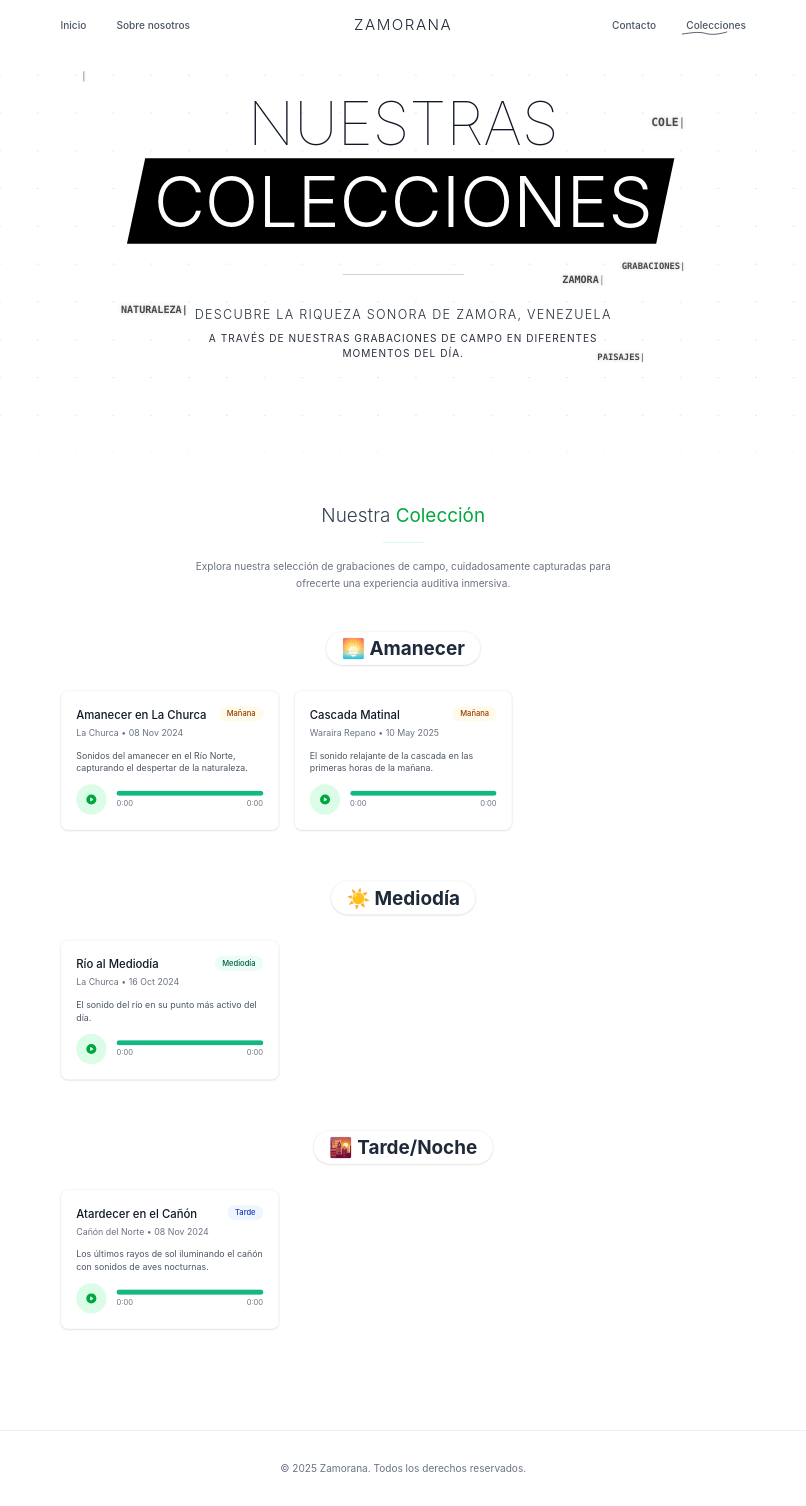
Repository: Alxre98/Zamorana
Page: /colecciones
The author's editor kept a copy of each file at every save. The page is drawn from the files as they stood at one save, then again after the next save.
The browser window is 1280 px wide. The pictures show the whole page, at 63% of full size.
The project was rebuilt for these pictures with package versions that can differ from the ones it lists, and the page was loaded fresh each time. The framework's server and built-in components were replaced by stand-ins that run in the browser. Also part of the build but not shown: next.config.ts.

Above is the page before, as saved 2025-06-22 17:49:24.

### src/app/layout.tsx
import type { Metadata } from "next";
import { Geist, Geist_Mono } from "next/font/google";
import "./globals.css";
import { DefaultTemplate } from "@/components/templates/DefaultTemplate";

const geistSans = Geist({
  variable: "--font-geist-sans",
  subsets: ["latin"],
});

const geistMono = Geist_Mono({
  variable: "--font-geist-mono",
  subsets: ["latin"],
});

export const metadata: Metadata = {
  title: "Zamorana - Sonidos de la Naturaleza",
  description: "Explora y descubre los sonidos más relajantes de la naturaleza",
  icons: {
    icon: "/zamorana-logo.png",
    shortcut: "/zamorana-logo.png",
    apple: "/zamorana-logo.png",
  },
  openGraph: {
    title: "Zamorana - Sonidos de la Naturaleza",
    description:
      "Explora y descubre los sonidos más relajantes de la naturaleza",
    type: "website",
    locale: "es_ES",
    url: "https://zamorana.vercel.app",
    siteName: "Zamorana",
  },
};

export default function RootLayout({
  children,
}: Readonly<{
  children: React.ReactNode;
}>) {
  return (
    <html lang="es">
      <body
        className={`${geistSans.variable} ${geistMono.variable} antialiased`}
      >
        <DefaultTemplate>{children}</DefaultTemplate>
      </body>
    </html>
  );
}

### src/app/colecciones/page.tsx
import { getFormattedDate } from "@/lib/utils";
import AudioPlayer from "@/components/AudioPlayer";
import { DigitalText } from "@/components/atoms/DigitalText";

// Tipos para los audios
interface AudioFile {
  id: string;
  title: string;
  description: string;
  timeOfDay: "Mañana" | "Mediodía" | "Tarde";
  location: string;
  date: string;
  path: string;
}

// La función getFormattedDate está importada desde @/lib/utils

// Datos de ejemplo para los audios (ajusta según tus necesidades)
const audioFiles: AudioFile[] = [
  // Mañana
  {
    id: "m1",
    title: "Amanecer en La Churca",
    description:
      "Sonidos del amanecer en el Río Norte, capturando el despertar de la naturaleza.",
    timeOfDay: "Mañana",
    location: "La Churca",
    date: getFormattedDate("08_11_2024"),
    path: "/audios/LaChurca_RíoPacairigua_CuencaAlta_TomaV1_130924_111342_Mañana/audio.mp3",
  },
  {
    id: "m2",
    title: "Cascada Matinal",
    description:
      "El sonido relajante de la cascada en las primeras horas de la mañana.",
    timeOfDay: "Mañana",
    location: "Waraira Repano",
    date: getFormattedDate("10_05_2025"),
    path: "/audios/WarairaRepano_RuinasHaciendaElNorte_TomaV1_100525_114409_Mañana/audio.mp3",
  },
  // Agrega más audios de mañana...

  // Mediodía
  {
    id: "md1",
    title: "Río al Mediodía",
    description: "El sonido del río en su punto más activo del día.",
    timeOfDay: "Mediodía",
    location: "La Churca",
    date: getFormattedDate("16_10_2024"),
    path: "/audios/LaChurca_RíoPacairigua_CuencaAlta_TomaV2_161024_123910_Mediodía/audio.mp3",
  },
  // Agrega más audios de mediodía...

  // Tarde
  {
    id: "t1",
    title: "Atardecer en el Cañón",
    description:
      "Los últimos rayos de sol iluminando el cañón con sonidos de aves nocturnas.",
    timeOfDay: "Tarde",
    location: "Cañón del Norte",
    date: getFormattedDate("08_11_2024"),
    path: "/audios/LaChurca_CañónDelNorte_RíoNorte_CuencaBaja_TomaV1_081124_125938_Tarde/audio.mp3",
  },
  // Agrega más audios de tarde...
];

// Agrupar audios por franja horaria
const audioByTimeOfDay = audioFiles.reduce((acc, audio) => {
  if (!acc[audio.timeOfDay]) {
    acc[audio.timeOfDay] = [];
  }
  acc[audio.timeOfDay].push(audio);
  return acc;
}, {} as Record<string, AudioFile[]>);

export default function ColeccionesPage() {
  return (
    <div className="bg-white">
      {/* Hero Section */}
      <section className="relative min-h-screen w-full overflow-hidden bg-white font-['Inter']">
        {/* Fondo con rayas diagonales */}
        <div className="absolute inset-0 overflow-hidden">
          <div className="absolute inset-0 bg-[length:60px_60px] bg-[linear-gradient(45deg,#000_2px,transparent_2px),linear-gradient(-45deg,#000_2px,transparent_2px)] opacity-10"></div>
        </div>

        {/* Contenido principal */}
        <div className="relative h-screen w-full flex items-center justify-center">
          {/* Contenedor del texto principal */}
          <div className="relative z-10 text-center px-4 w-full max-w-4xl mx-auto">
            <h1 className="font-thin tracking-tight uppercase">
              <span className="block text-5xl md:text-7xl lg:text-8xl mb-2 text-gray-900">
                Nuestras
              </span>
              <span className="relative inline-block px-6 py-3">
                <span className="relative z-10 text-6xl md:text-8xl lg:text-[7rem] font-light text-white">
                  COLECCIONES
                </span>
                <span className="absolute inset-0 w-full h-full bg-black transform -skew-x-12 -translate-x-1"></span>
              </span>
            </h1>

            {/* Línea decorativa */}
            <div className="w-48 h-px bg-black/30 mx-auto my-12"></div>

            {/* Subtítulo */}
            <p className="text-lg md:text-xl max-w-2xl mx-auto font-light tracking-widest leading-relaxed text-gray-900/90 uppercase">
              Descubre la riqueza sonora de Zamora, Venezuela
              <span className="block mt-2 text-sm md:text-base tracking-widest font-normal">
                a través de nuestras grabaciones de campo en diferentes momentos
                del día.
              </span>
            </p>
          </div>

          {/* Textos digitales flotantes con animaciones */}
          <DigitalText
            text="SONIDOS"
            position={{ top: "15%", left: "10%" }}
            delay={1000}
            size="base"
            className="font-mono font-bold opacity-80 text-gray-900"
          />
          <DigitalText
            text="COLECCIONES"
            position={{ top: "25%", right: "15%" }}
            delay={1500}
            size="lg"
            className="font-mono font-bold text-gray-900"
          />
          <DigitalText
            text="NATURALEZA"
            position={{ bottom: "30%", left: "15%" }}
            delay={2000}
            size="base"
            className="font-mono font-bold opacity-80 text-gray-900"
          />
          <DigitalText
            text="GRABACIONES"
            position={{ bottom: "40%", right: "15%" }}
            delay={2500}
            size="sm"
            className="font-mono font-bold text-gray-900"
          />
          <DigitalText
            text="ZAMORA"
            position={{ top: "60%", right: "25%" }}
            delay={3000}
            size="base"
            className="font-mono font-bold opacity-80 text-gray-900"
          />
          <DigitalText
            text="PAISAJES"
            position={{ bottom: "20%", right: "20%" }}
            delay={3500}
            size="sm"
            className="font-mono font-bold text-gray-900"
          />
        </div>
      </section>

      {/* Contenido de Colecciones */}
      <div className="max-w-6xl mx-auto px-4 sm:px-6 lg:px-8 py-16 md:py-20">
        <div className="text-center mb-16">
          <h2 className="text-2xl md:text-3xl font-light text-gray-700 mb-4">
            Nuestra{" "}
            <span className="text-green-600 font-normal">Colección</span>
          </h2>
          <div className="w-16 h-0.5 bg-green-100 mx-auto my-6"></div>
          <p className="text-gray-500 max-w-2xl mx-auto text-base leading-relaxed">
            Explora nuestra selección de grabaciones de campo, cuidadosamente
            capturadas para ofrecerte una experiencia auditiva inmersiva.
          </p>
        </div>

        {Object.entries(audioByTimeOfDay).map(([timeOfDay, audios]) => (
          <section key={timeOfDay} className="mb-20">
            <div className="mb-10 text-center">
              <h2 className="text-2xl md:text-3xl font-bold text-gray-800 inline-flex items-center justify-center px-6 py-2 rounded-full bg-white shadow-sm border border-gray-100">
                {timeOfDay === "Mañana"
                  ? "🌅 Amanecer"
                  : timeOfDay === "Mediodía"
                  ? "☀️ Mediodía"
                  : "🌇 Tarde/Noche"}
              </h2>
            </div>

            <div className="grid grid-cols-1 md:grid-cols-2 xl:grid-cols-3 gap-6">
              {audios.map((audio) => (
                <div key={audio.id} className="h-full">
                  <AudioPlayer
                    src={audio.path}
                    title={audio.title}
                    description={audio.description}
                    timeOfDay={
                      audio.timeOfDay as "Mañana" | "Mediodía" | "Tarde"
                    }
                    location={audio.location}
                    date={audio.date}
                  />
                </div>
              ))}

              {/* Añadir tarjetas vacías si es necesario para completar la última fila */}
              {audios.length % 3 === 2 && (
                <div className="hidden xl:block"></div>
              )}
              {audios.length % 3 === 1 && (
                <>
                  <div className="hidden xl:block"></div>
                  <div className="hidden xl:block"></div>
                </>
              )}
            </div>
          </section>
        ))}
      </div>
    </div>
  );
}

### src/components/templates/DefaultTemplate/index.tsx
"use client";

import React, { ReactNode } from "react";
import { Header } from "../../organisms/Header";

interface DefaultTemplateProps {
  children: ReactNode;
  title?: string;
  description?: string;
}

export const DefaultTemplate: React.FC<DefaultTemplateProps> = ({
  children,
  title = "Zamorana - Sonidos de la Naturaleza",
  description = "Explora y descubre los sonidos más relajantes de la naturaleza",
}) => {
  // Usar title y description para el SEO (puedes implementar esto más adelante)
  React.useEffect(() => {
    document.title = title;
    const metaDescription = document.querySelector('meta[name="description"]');
    if (metaDescription) {
      metaDescription.setAttribute("content", description);
    }
  }, [title, description]);
  return (
    <div className="min-h-screen flex flex-col">
      <head>
        <title>{title}</title>
        <meta name="description" content={description} />
      </head>
      <Header />

      <main className="flex-grow">{children}</main>

      <footer className="bg-white border-t border-gray-200">
        <div className="max-w-7xl mx-auto py-12 px-4 overflow-hidden sm:px-6 lg:px-8">
          <p className="text-center text-base text-gray-500">
            &copy; {new Date().getFullYear()} Zamorana. Todos los derechos
            reservados.
          </p>
        </div>
      </footer>
    </div>
  );
};

### src/lib/utils.ts
/**
 * Formatea una fecha en formato "DD_MM_YYYY" a "DD MMM YYYY"
 * @param dateStr - Fecha en formato "DD_MM_YYYY"
 * @returns Fecha formateada como "DD MMM YYYY"
 */
export const getFormattedDate = (dateStr: string): string => {
  const months = [
    "Ene",
    "Feb",
    "Mar",
    "Abr",
    "May",
    "Jun",
    "Jul",
    "Ago",
    "Sep",
    "Oct",
    "Nov",
    "Dic",
  ];

  try {
    const [day, month, year] = dateStr.split("_");
    return `${day} ${months[parseInt(month) - 1]} ${year}`;
  } catch (error) {
    console.error("Error al formatear la fecha:", error);
    return dateStr; // Devuelve el string original si hay un error
  }
};

/**
 * Utilidad para formatear duraciones en segundos a formato MM:SS
 * @param seconds - Duración en segundos
 * @returns String formateado como MM:SS
 */
export const formatDuration = (seconds: number): string => {
  const minutes = Math.floor(seconds / 60);
  const remainingSeconds = Math.floor(seconds % 60);
  return `${minutes}:${remainingSeconds.toString().padStart(2, '0')}`;
};

### src/components/atoms/DigitalText/index.tsx
"use client";

import { useEffect, useState } from "react";
import styles from "./DigitalText.module.css";

interface DigitalTextProps {
  text: string;
  position: { top?: string; right?: string; bottom?: string; left?: string };
  delay?: number;
  duration?: number;
  size?: "xs" | "sm" | "base" | "lg";
  className?: string;
}

export const DigitalText: React.FC<DigitalTextProps> = ({
  text,
  position,
  delay = 0,
  duration = 3000,
  size = "xs",
  className = "",
}) => {
  const [visible, setVisible] = useState(false);
  const [currentText, setCurrentText] = useState("");
  const [currentIndex, setCurrentIndex] = useState(0);
  const [isDeleting, setIsDeleting] = useState(false);

  useEffect(() => {
    const typeSpeed = 100; // Velocidad de escritura (ms)
    const deleteSpeed = 50; // Velocidad de borrado (ms)
    const pauseBeforeDelete = duration; // Usa la prop duration para la pausa antes de borrar
    const pauseBetweenCycles = 3000; // Pausa entre ciclos (ms)

    let timeout: NodeJS.Timeout;

    if (!visible) {
      // Espera inicial basada en el delay
      timeout = setTimeout(() => setVisible(true), delay);
    } else if (isDeleting) {
      // Efecto de borrado
      if (currentIndex > 0) {
        timeout = setTimeout(() => {
          setCurrentText(text.substring(0, currentIndex - 1));
          setCurrentIndex(currentIndex - 1);
        }, deleteSpeed);
      } else {
        // Terminó de borrar, espera y comienza de nuevo
        timeout = setTimeout(() => {
          setIsDeleting(false);
          setCurrentIndex(0);
          setCurrentText("");
        }, pauseBetweenCycles);
      }
    } else {
      // Efecto de escritura
      if (currentIndex < text.length) {
        timeout = setTimeout(() => {
          setCurrentText(text.substring(0, currentIndex + 1));
          setCurrentIndex(currentIndex + 1);
        }, typeSpeed);
      } else {
        // Terminó de escribir, espera y comienza a borrar
        timeout = setTimeout(() => {
          setIsDeleting(true);
        }, pauseBeforeDelete);
      }
    }

    return () => clearTimeout(timeout);
  }, [currentIndex, delay, isDeleting, text, visible, duration]);

  if (!visible) return null;

  const sizeClassMap = {
    xs: styles.textXs,
    sm: styles.textSm,
    base: styles.textBase,
    lg: styles.textLg,
  };

  return (
    <div
      className={`${styles.digitalText} ${sizeClassMap[size]} ${className}`}
      style={{
        ...position,
        opacity: visible ? 1 : 0,
      }}
    >
      {currentText}
      <span className="animate-pulse">|</span>
    </div>
  );
};

### src/components/AudioPlayer.module.css
.progressBar {
  height: 100%;
  background-color: #10b981; /* green-500 */
  border-radius: 9999px;
  transition: all 0.3s ease-out;
}

### src/components/atoms/DigitalText/DigitalText.module.css
.digitalText {
  position: absolute;
  font-family: ui-monospace, SFMono-Regular, Menlo, Monaco, Consolas,
    "Liberation Mono", "Courier New", monospace;
  color: rgba(0, 0, 0, 0.7);
  text-shadow: 0 0 8px rgba(0, 0, 0, 0.2);
  white-space: nowrap;
  transition: opacity 1000ms;
}

/* Size classes */
.textXs {
  font-size: 0.75rem; /* 12px */
  line-height: 1rem; /* 16px */
}

.textSm {
  font-size: 0.875rem; /* 14px */
  line-height: 1.25rem; /* 20px */
}

.textBase {
  font-size: 1rem; /* 16px */
  line-height: 1.5rem; /* 24px */
}

.textLg {
  font-size: 1.125rem; /* 18px */
  line-height: 1.75rem; /* 28px */
}

### src/components/atoms/Icon/index.tsx
import React from "react";

type IconName =
  | "home"
  | "play"
  | "pause"
  | "volume"
  | "Play"
  | "Pause"
  | "Clock"
  | "MusicNote"
  | "Key"
  | "Heart"
  | "Download"
  | "DotsHorizontal"
  | "Menu"
  | "Close"
  | "ChevronDown"
  | "ChevronUp"
  | "User"
  | "Search"
  | "DotsVertical";

export interface IconProps extends Omit<React.SVGProps<SVGSVGElement>, "name"> {
  name: IconName;
  size?: number;
}

const Icon: React.FC<IconProps> = ({
  name,
  size = 24,
  className = "",
  ...props
}) => {
  // Map of icon names to their respective SVG paths
  const iconMap: Record<string, React.ReactNode> = {
    // Navigation
    home: <path d="M12 2L1 12h3v9h6v-6h4v6h6v-9h3L12 2z" />,

    // Playback
    play: <path d="M8 5v14l11-7z" />,
    pause: <path d="M6 19h4V5H6v14zm8-14v14h4V5h-4z" />,
    volume: (
      <path d="M3 9v6h4l5 5V4L7 9H3zm13.5 3c0-1.77-1.02-3.29-2.5-4.03v8.05c1.48-.73 2.5-2.25 2.5-4.02zM14 3.23v2.06c2.89.86 5 3.54 5 6.71s-2.11 5.85-5 6.71v2.06c4.01-.91 7-4.49 7-8.77s-2.99-7.86-7-8.77z" />
    ),

    // Audio controls
    Play: <path d="M8 5v14l11-7z" />,
    Pause: <path d="M6 19h4V5H6v14zm8-14v14h4V5h-4z" />,

    // UI Elements
    DotsVertical: (
      <path d="M12 8c1.1 0 2-.9 2-2s-.9-2-2-2-2 .9-2 2 .9 2 2 2zm0 2c-1.1 0-2 .9-2 2s.9 2 2 2 2-.9 2-2-.9-2-2-2zm0 6c-1.1 0-2 .9-2 2s.9 2 2 2 2-.9 2-2-.9-2-2-2z" />
    ),

    // Audio info
    Clock: (
      <path d="M11.99 2C6.47 2 2 6.48 2 12s4.47 10 9.99 10C17.52 22 22 17.52 22 12S17.52 2 11.99 2zM12 20c-4.42 0-8-3.58-8-8s3.58-8 8-8 8 3.58 8 8-3.58 8-8 8zm.5-13H11v6l5.25 3.15.75-1.23-4.5-2.67z" />
    ),
    MusicNote: (
      <path d="M12 3v10.55c-.59-.34-1.27-.55-2-.55-2.21 0-4 1.79-4 4s1.79 4 4 4 4-1.79 4-4V7h4V3h-6z" />
    ),
    Key: (
      <path d="M21 10h-8.35C11.83 7.67 9.61 6 7 6c-3.31 0-6 2.69-6 6s2.69 6 6 6c2.61 0 4.83-1.67 5.65-4H13l2 2 2-2 2 2 4-4.99L21 10zM7 15c-1.65 0-3-1.35-3-3s1.35-3 3-3 3 1.35 3 3-1.35 3-3 3z" />
    ),

    // Actions
    Heart: (
      <path d="M12 21.35l-1.45-1.32C5.4 15.36 2 12.28 2 8.5 2 5.42 4.42 3 7.5 3c1.74 0 3.41.81 4.5 2.09C13.09 3.81 14.76 3 16.5 3 19.58 3 22 5.42 22 8.5c0 3.78-3.4 6.86-8.55 11.54L12 21.35z" />
    ),
    Download: <path d="M19 9h-4V3H9v6H5l7 7 7-7zM5 18v2h14v-2H5z" />,
    DotsHorizontal: (
      <path d="M6 10c-1.1 0-2 .9-2 2s.9 2 2 2 2-.9 2-2-.9-2-2-2zm12 0c-1.1 0-2 .9-2 2s.9 2 2 2 2-.9 2-2-.9-2-2-2zm-6 0c-1.1 0-2 .9-2 2s.9 2 2 2 2-.9 2-2-.9-2-2-2z" />
    ),

    // UI
    Menu: <path d="M3 18h18v-2H3v2zm0-5h18v-2H3v2zm0-7v2h18V6H3z" />,
    Close: (
      <path d="M19 6.41L17.59 5 12 10.59 6.41 5 5 6.41 10.59 12 5 17.59 6.41 19 12 13.41 17.59 19 19 17.59 13.41 12 19 6.41z" />
    ),
    ChevronDown: (
      <path d="M7.41 8.59L12 13.17l4.59-4.58L18 10l-6 6-6-6 1.41-1.41z" />
    ),
    ChevronUp: (
      <path d="M7.41 15.41L12 10.83l4.59 4.58L18 14l-6-6-6 6 1.41 1.41z" />
    ),

    // Social
    User: (
      <path d="M12 12c2.21 0 4-1.79 4-4s-1.79-4-4-4-4 1.79-4 4 1.79 4 4 4zm0 2c-2.67 0-8 1.34-8 4v2h16v-2c0-2.66-5.33-4-8-4z" />
    ),
    Search: (
      <path d="M15.5 14h-.79l-.28-.27C15.41 12.59 16 11.11 16 9.5 16 5.91 13.09 3 9.5 3S3 5.91 3 9.5 5.91 16 9.5 16c1.61 0 3.09-.59 4.23-1.57l.27.28v.79l5 4.99L20.49 19l-4.99-5zm-6 0C7.01 14 5 11.99 5 9.5S7.01 5 9.5 5 14 7.01 14 9.5 11.99 14 9.5 14z" />
    ),
  };

  // Get the icon path from the map or use a default icon
  const iconPath = iconMap[name] || iconMap.home;

  return (
    <svg
      width={size}
      height={size}
      viewBox="0 0 24 24"
      fill="currentColor"
      className={`inline-block ${className}`}
      {...props}
    >
      {iconPath}
    </svg>
  );
};

export default Icon;

Loaded but not shown: src/components/organisms/Header/index.tsx (217 lines, source omitted); src/components/AudioPlayer.tsx (173 lines, source omitted); src/app/globals.css (201 lines, source omitted)

After the next save:
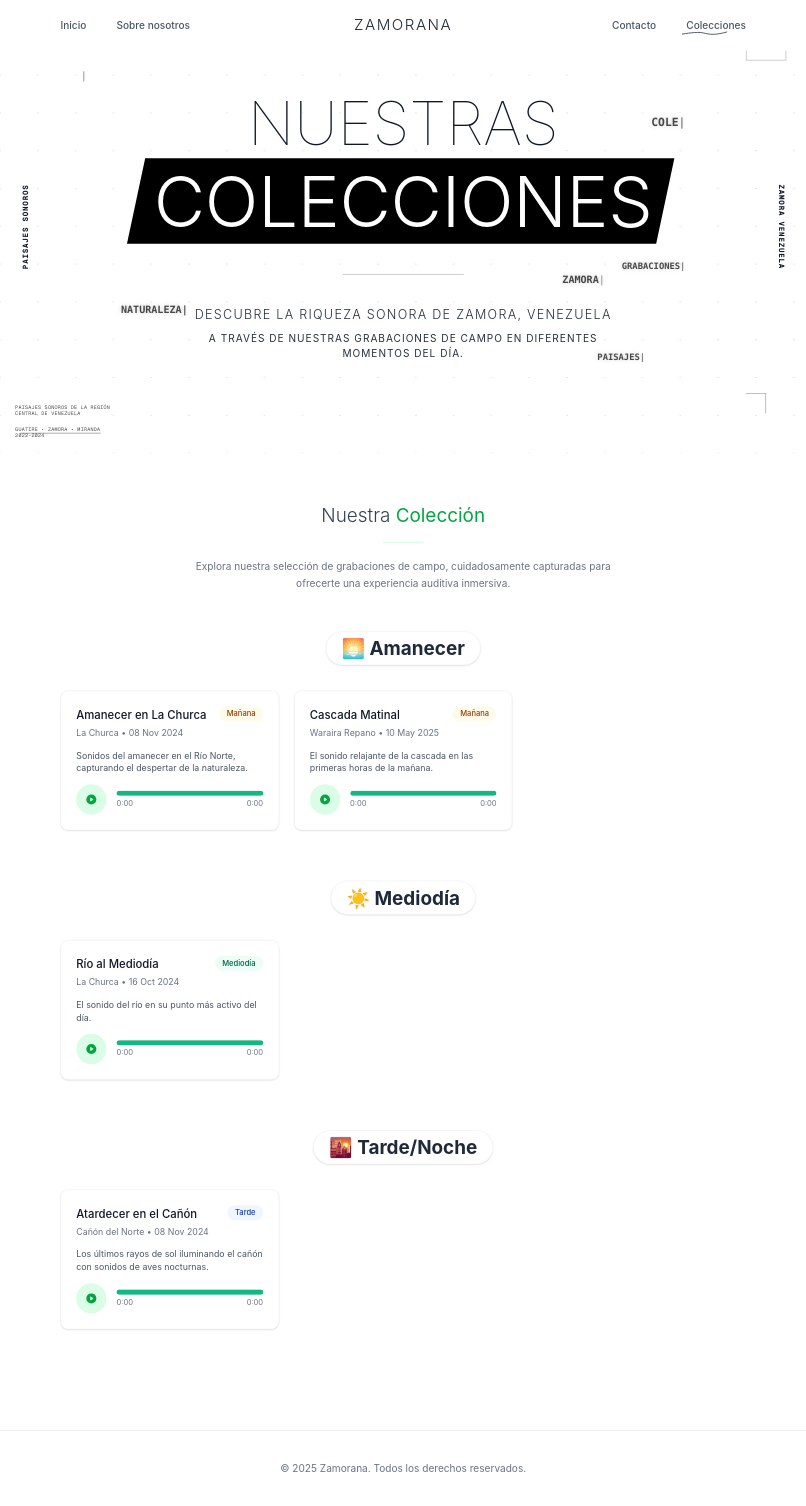
Saved 2 min 34 s later.
--- a/src/app/colecciones/page.tsx
+++ b/src/app/colecciones/page.tsx
@@ -157,6 +157,36 @@
             size="sm"
             className="font-mono font-bold text-gray-900"
           />
+
+          {/* Texto vertical izquierda */}
+          <div className="absolute left-8 top-1/2 transform -translate-y-1/2 hidden md:block">
+            <div className="text-xs font-mono font-bold tracking-widest [writing-mode:vertical-rl] transform rotate-180 text-gray-900">
+              PAISAJES SONOROS
+            </div>
+          </div>
+
+          {/* Texto vertical derecha */}
+          <div className="absolute right-8 top-1/2 transform -translate-y-1/2 hidden md:block">
+            <div className="text-xs font-mono font-bold tracking-widest [writing-mode:vertical-rl] text-gray-900">
+              ZAMORA VENEZUELA
+            </div>
+          </div>
+
+          {/* Elementos decorativos */}
+          <div className="absolute bottom-8 left-8 w-32 h-px bg-black opacity-50"></div>
+          <div className="absolute top-8 right-8 w-16 h-16 border border-black opacity-30"></div>
+          <div className="absolute bottom-16 right-16 w-8 h-8 border-t border-r border-black opacity-40"></div>
+
+          {/* Texto de ubicación - Inferior izquierda */}
+          <div className="absolute bottom-4 left-4 sm:bottom-6 sm:left-6 z-20 hidden md:block">
+            <div className="text-[8px] leading-[1.2] tracking-wider font-mono text-black/70 uppercase">
+              <p>Paisajes sonoros de la región</p>
+              <p>central de Venezuela</p>
+              <div className="h-4"></div>
+              <p>Guatire • Zamora • Miranda</p>
+              <p>2022-2024</p>
+            </div>
+          </div>
         </div>
       </section>
 
